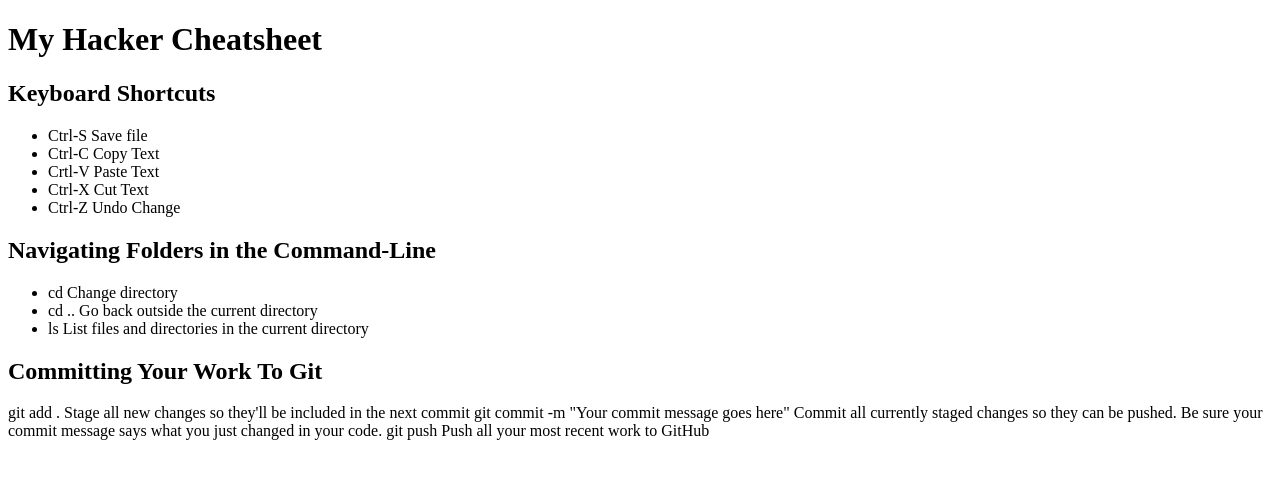
Repository: rashadberry/rashadberry.github.io
Page: Cheatsheat.html
The author's editor kept a record of every edit. The page is drawn from the files as they stood at one moment, then again after the next edit.
The browser window is 1280 px wide. The pictures show the whole page.

Above is the page before.

After the next edit:
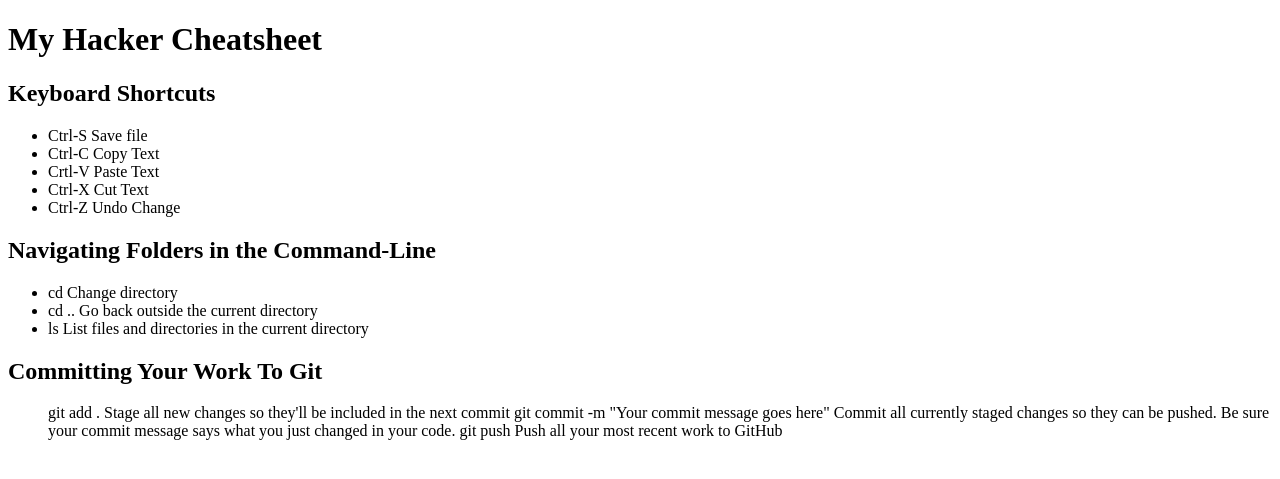
The edit:
--- a/Cheatsheat.html
+++ b/Cheatsheat.html
@@ -44,7 +44,7 @@
             </li>
         </ul>
    <h2> Committing Your Work To Git</h2>
-
+        <ul>
         git add .
         Stage all new changes so they'll be included in the next commit
 
